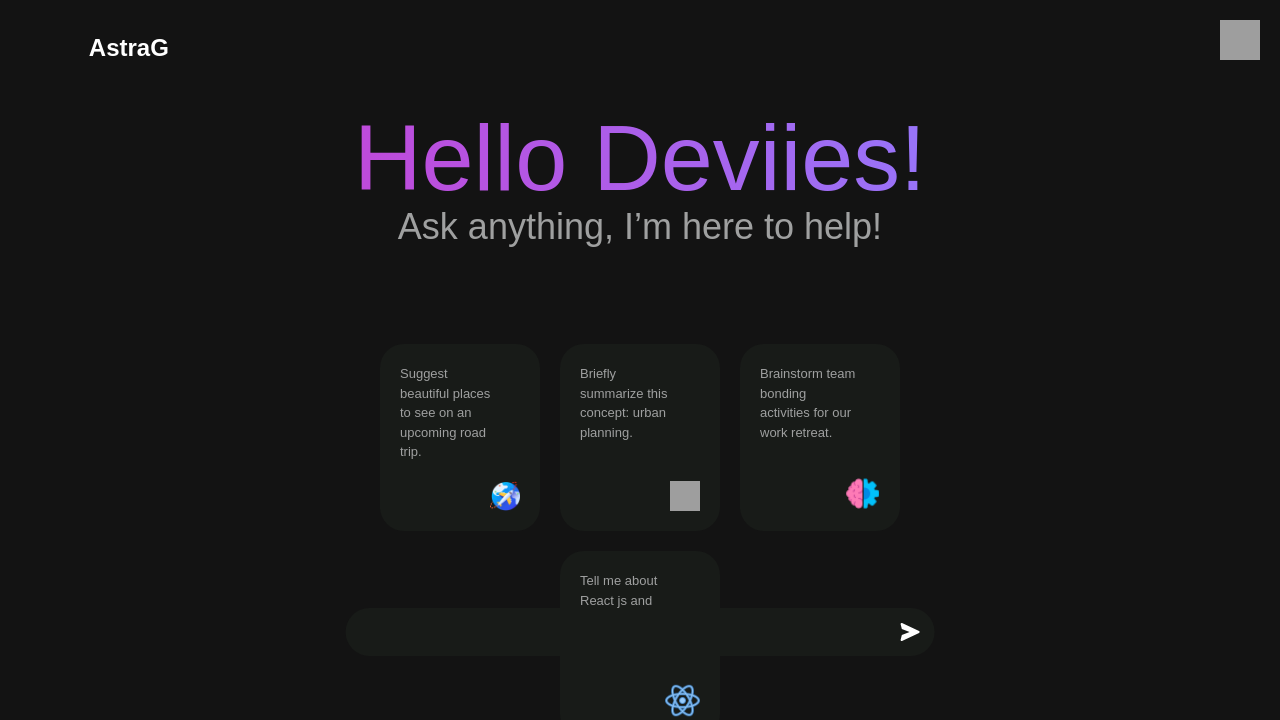
Repository: S-o-b-u/AstraGen1
Page: /
These files come from the project's save history. The page is drawn as it stood at one moment and after the next save; the edit follows.
The browser window is 1280 px wide. The pictures show the whole page.
Pictures or frames that could not be fetched are drawn as grey boxes. The project was rebuilt for these pictures with package versions that can differ from the ones it lists, and the page was loaded fresh each time. Also part of the build but not shown: vite.config.js, src/components/Loader/Loader.jsx, src/components/Sidebar/SIdebar.jsx.

Above is the page before, as saved 2024-11-14 01:33:59.

After the next save:
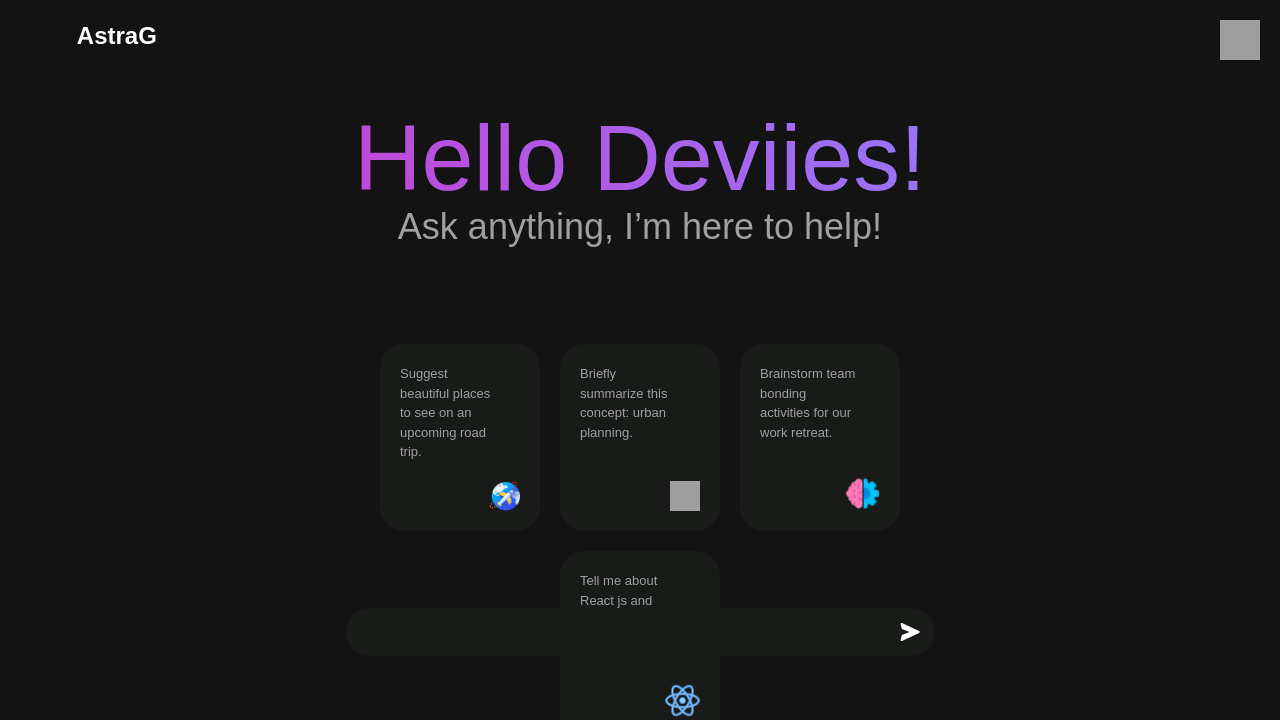
Saved 8 s later.
--- a/src/components/Main/Main.jsx
+++ b/src/components/Main/Main.jsx
@@ -30,7 +30,7 @@ const Main = () => {
      <div className="relative w-[100%] h-[100vh] overflow-hidden">
      <div className="relative bg-red lg:px-5 lg:py-5">
         <nav className=" flex justify-between ">
-          <h1 className="absolute text-white left-16 p-3 lg:left-[6vw] text-2xl font-semibold">
+          <h1 className="absolute text-white left-16 lg:left-[6vw] text-2xl font-semibold">
             AstraG
           </h1>
           <img
